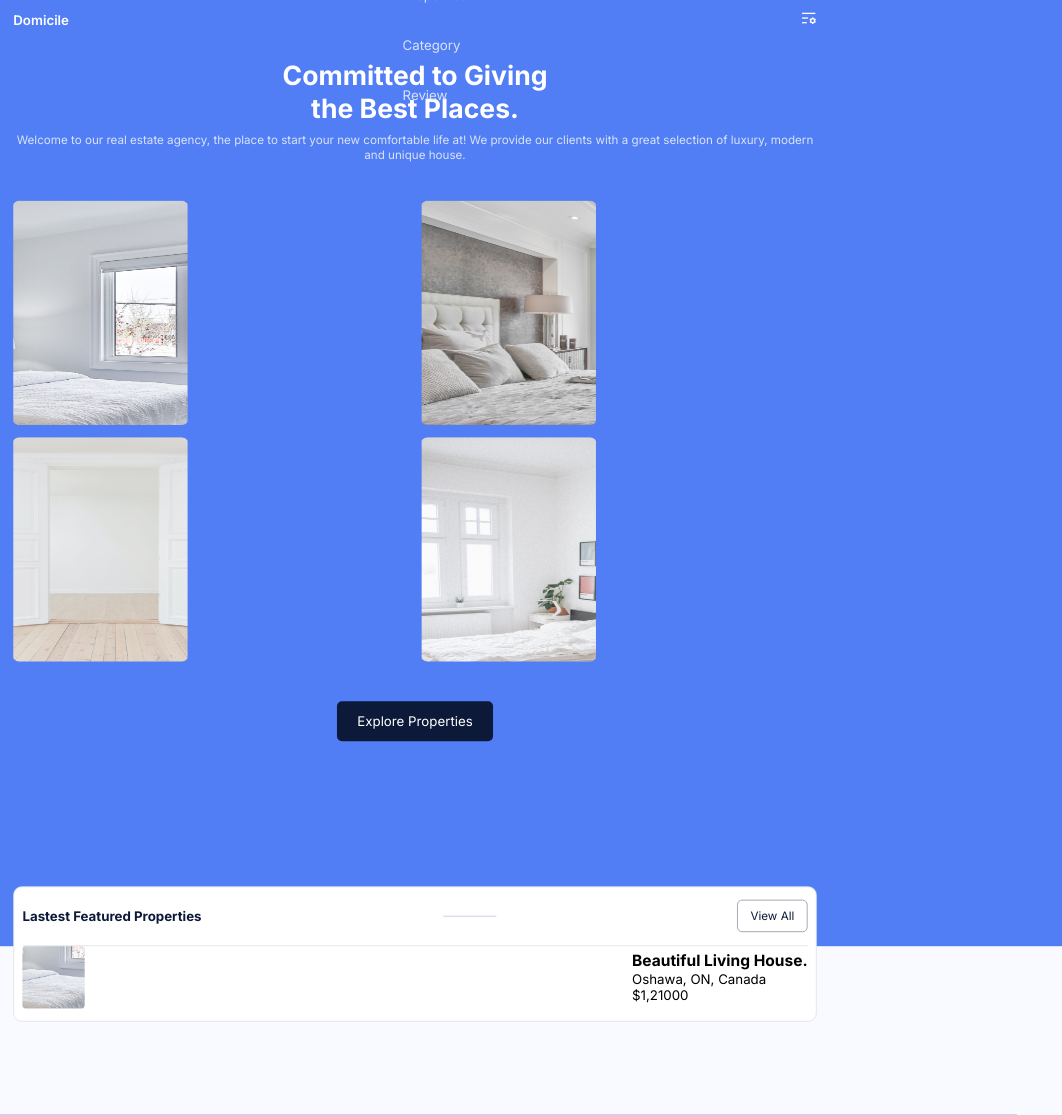
Repository: haokiet2501/domicile-real-estate
Page: index.html
These files come from the project's save history. The page is drawn as it stood at one moment and after a run of saves; the edit follows.
The browser window is 1280 px wide. The pictures show the whole page, at 83% of full size.
The style sheet was rebuilt from its Sass, Less or Tailwind sources for each picture, by a compiler version that may differ from the author's.

Above is the page before, as saved 2022-06-11 16:08:11.

After the next 2 saves:
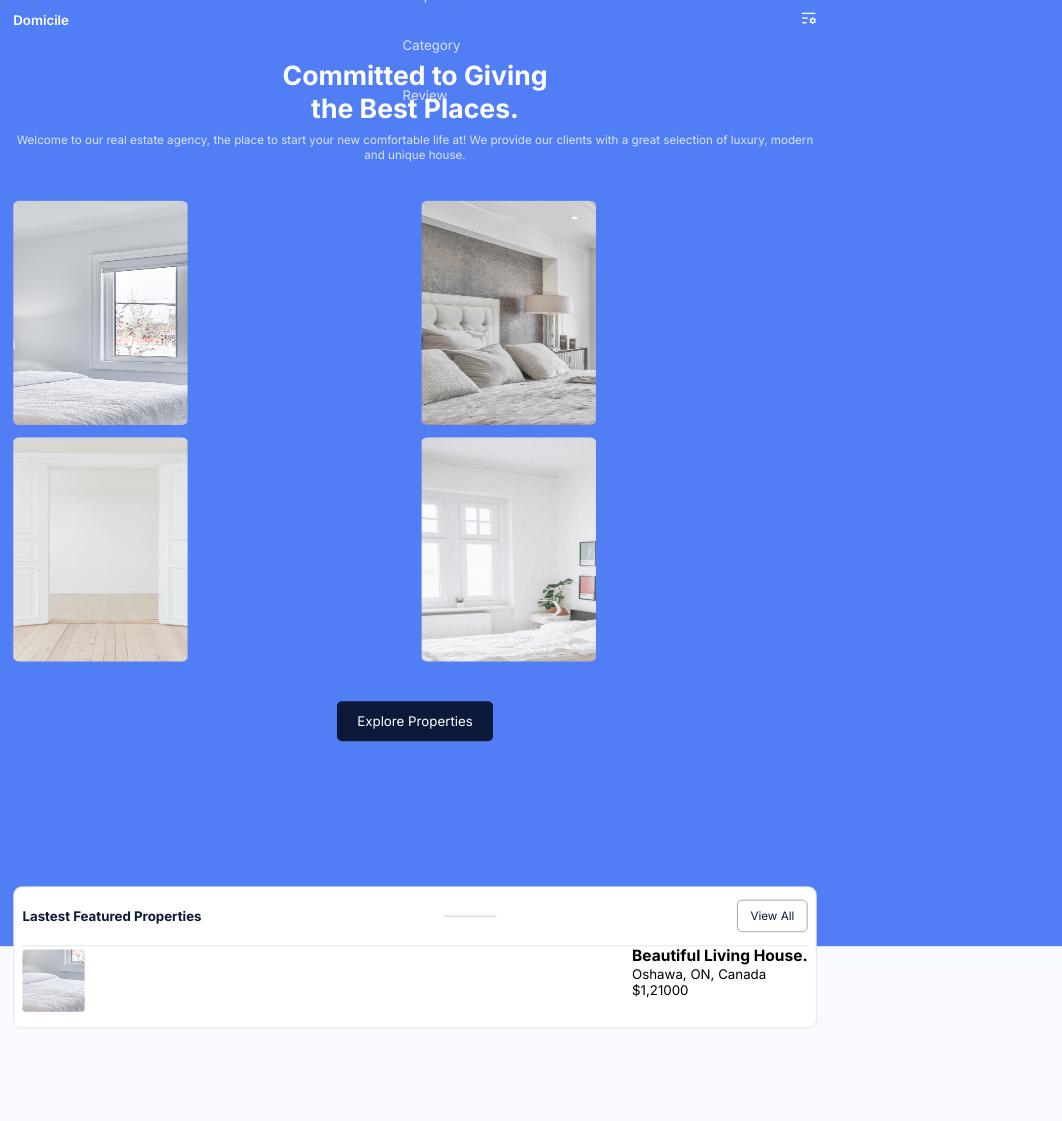
The 2 saves are shown as one change because they came seconds apart.
The last was saved 9 s later.
--- a/index.html
+++ b/index.html
@@ -81,7 +81,8 @@
                             <p>Oshawa, ON, Canada</p>
                         </div>
                         <div class="futured__card-price">
-                            $1,21000
+                            <p>$1,21000</p>
+                            <img src="" alt="">
                         </div>
                     </div>
                 </div>
